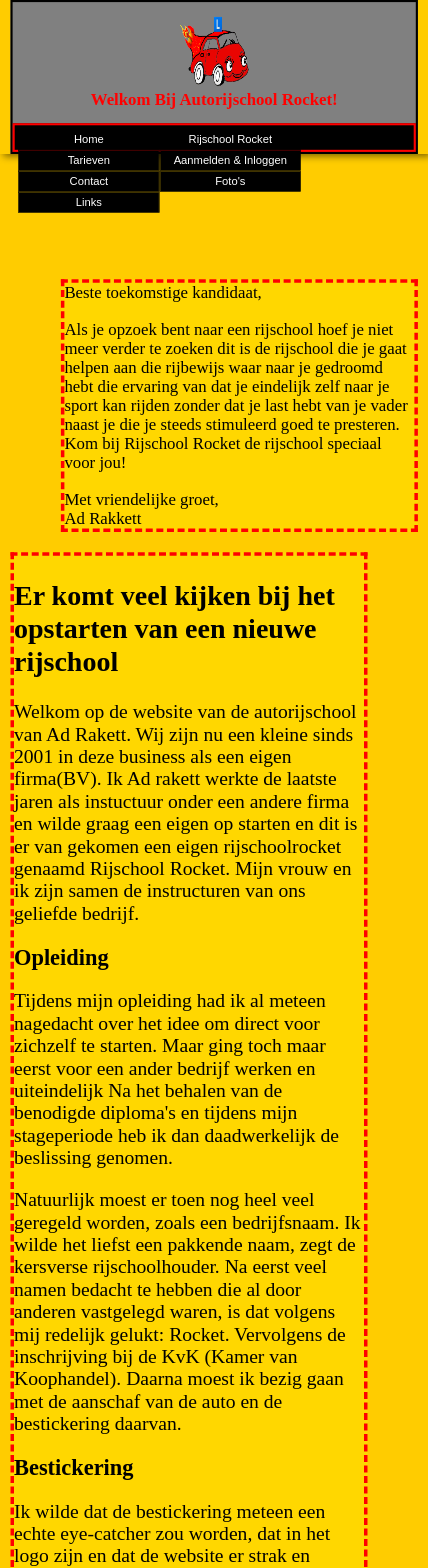
Repository: Julian-4A5A/rijschoolrocket
Page: workspace/Homepagina/Index.html
The author's editor kept a record of every edit. The page is drawn from the files as they stood at one moment, then again after the next edit.
The browser window is 600 px wide. The page is 612 px wide, so the pictures cover 612 px, including what lies to the right of the window. The pictures show the part of the page from y = 0 to 2240 px (the page is 5597 px tall before and 5917 px after), at 70% of full size.
Some web libraries are served in a nearby version.

Above is the page before.
Not found: workspace/Homepagina/js/hamburger.js

### workspace/Homepagina/Index.html
<!DOCTYPE html>
<html>
    <head>
        <meta name="viewport" content="width=device-width, initial-scale = 1.0, maximum-scale=1.0, user-scalable=no" />
        <title>Welkom bij Rijschool Rocket</title>
        <link href="opmaak1.css" rel="stylesheet" type="text/css">
        <script src="//code.jquery.com/jquery-1.9.1.min.js"></script>
        <script src="//code.jquery.com/ui/1.10.3/jquery-ui.js"></script>
        <script src="js/hamburger.js"></script>
    </head>


<body>
 <section id="content">


        <header>
                <h2> <div id="imageauto"><img src="Auto.png" style="height:100px;width:100px"></div> Welkom Bij Autorijschool Rocket!</h2>
                <div id="menu" >
                    <ul id="nav">
                        <li><a class="meunut" href="/Homepagina/Index.html" target="_self">Home</a></li>
                        <li><a class="meunut" href="/Bedrijfsinformatie/Bedrijfsinformatie.html">Rijschool Rocket</a>
                             <ul>
                                <li><a class="meunut" href="#" target="_self">Organisatie</a></li>
                                <li><a class="meunut" href="#" target="_self">Voorwaarden</a></li>
                                <li><a class="meunut" href="#" target="_self">Vactures</a></li>
                            </ul></li>
                        <li><a class="meunut" href="/Tarieven/Lespakketten.html" target="_self">Tarieven</a>
                            <ul>
                                <li><a class="meunut" href="#" target="_self">Theorieles</a></li>
                                <li><a class="meunut" href="#" target="_self">Auto</a></li>
                                <li><a class="meunut" href="#" target="_self">Vrachtwagen</a></li>
                                <li><a class="meunut" href="#" target="_self">Aanhangwagen</a></li>
                                <li><a class="meunut" href="#" target="_self">Bromfiets</a></li>
                                <li><a class="meunut" href="#" target="_self">Motor</a></li>
                                <li><a class="meunut" href="#" target="_self">Taxi</a></li>
                            </ul></li>
                        <li><a class="meunut" href="/Aanmelden/Aanmeld.html" target="_self">Aanmelden & Inloggen</a>
                            <ul>
                                <li><a class="meunut" href="#" target="_self">Aanmelden</a></li>
                                <li><a class="meunut" href="#" target="_self">Inloggen</a></li>

                            </ul></li>
                        <li><a class="meunut" href="/Contact/Contact.html" target="_self">Contact</a>
                            <ul>
                                <li><a class="meunut" href="#" target="_self">Bel-Me-Nu</a></li>
                                <li><a class="meunut" href="#" target="_self">Locatie</a></li>
                            </ul></li>
                        <li><a class="meunut" href="/Fotos/foto's.html" target="_self">Foto's</a></li>
                        <li><a class="meunut" href="/Derdeman/Links.html" target="_self">Links</a></li>
                            </ul>
                </div>
        </header>
        <div id="middle">Beste toekomstige kandidaat, <br><br>Als je opzoek bent naar een rijschool hoef je niet meer verder te zoeken dit is de rijschool die je gaat helpen aan die rijbewijs waar naar je gedroomd hebt
        die ervaring van dat je eindelijk zelf naar je sport kan rijden zonder dat je last hebt van je vader naast je die je steeds stimuleerd goed te presteren. Kom bij Rijschool Rocket de rijschool speciaal voor jou! <br><br> Met vriendelijke groet,<br> Ad Rakkett</div>

        <div id="left">
            <h1>Er komt veel kijken bij het opstarten van een nieuwe rijschool</h1>

            <p>Welkom op de website van de autorijschool van Ad Rakett. Wij zijn nu een kleine sinds 2001 in deze business als een eigen firma(BV).
            Ik Ad rakett werkte de laatste jaren als instuctuur onder een andere firma en wilde graag een eigen op starten en dit is
            er van gekomen een eigen rijschoolrocket genaamd Rijschool Rocket. Mijn vrouw en ik zijn samen de instructuren van ons geliefde bedrijf.</p>


            <h2>Opleiding</h2>
                <p>Tijdens mijn opleiding had ik al meteen nagedacht over het idee om direct voor zichzelf te starten. Maar ging toch maar eerst voor een ander bedrijf werken en uiteindelijk
                Na het behalen van de benodigde diploma&#39;s en tijdens mijn stageperiode heb ik dan daadwerkelijk de beslissing genomen.</p>
                <p>Natuurlijk moest er toen nog heel veel geregeld worden, zoals een bedrijfsnaam. Ik wilde het liefst een pakkende naam,
                zegt de kersverse rijschoolhouder. Na eerst veel namen bedacht te hebben die al door anderen vastgelegd waren, is dat volgens mij redelijk gelukt: Rocket.
                Vervolgens de inschrijving bij de KvK (Kamer van Koophandel). Daarna moest ik bezig gaan met de aanschaf van de auto en de bestickering daarvan.</p>
            <h2>Bestickering</h2>
                <p>Ik wilde dat de bestickering meteen een echte eye-catcher zou worden, dat in het logo  zijn en dat de website er
                strak en overzichtelijk moest uitzien. Dit zijn natuurlijk wel de belangrijke dingen die op moeten vallen bij potenti&#235;le leerlingen , aangezien niemand Rijschool Rocket nog kende.</p>
                <p>Hiervoor moet ik het nodige investeren wat je op den lange duur er uiteindelijk uit zult halen. Naamsbekendheid, daar draait het allemaal om. Vervolgens op
                zoek naar de juiste personen of bedrijven waar je dit kan laten doen.</p>
            <h2>Leerlingen werven</h2>
                <p>Vervolgens moesten er leerlingen geworven worden. Ik koos ervoor om flyers te laten ontwerpen en bedrukken. Vervolgens heb ik
                deze in Utrecht laten bezorgen. Ook heb ik in de&nbsp; plaatselijke krant een gratis interview laten plaatsen over de start van Rijschool Rocket. Daar kreeg eigenlijk
                meteen een hoop aanmeldingen op binnen.</p>
                <p>Ook de eerste echte rijles die ik zelf gaf, was erg spannend. Hoe ga ik dat nu precies aanpakken met zo&#39;n leerling de eerste keer? Ik koos ervoor de leerling
                na een proefles een lesovereenkomst te laten tekenen met duidelijke afspraken erin voor beide kanten. Maar ook dat moet je dan natuurlijk nog van tevoren
                opstellen en erover nadenken wat je er precies in wilt zetten. De eerste rijles liep ook nog behoorlijk uit, maar ondertussen ben ik er gelukkig behoorlijk in bedreven.</p>
            <h2>Volle agenda</h2>
                <p>Na een aantal maanden begon de agenda van Rijschool Rocket steeds voller te raken. Na vier maanden had ik eigenlijk al niet echt ruimte meer om zelfs nog nieuwe
                leerlingen aan te nemen. Dit is natuurlijk helemaal super, maar betekent ook een heleboel administratie tijdens de uren dat je dan vrij bent heb ik gemerkt.</p>
                <p>Na zelf al veel boekhoudkundige ervaring in mijn vorige beroep te hebben opgedaan had ik op een gegeven moment een aantal Excel sheets opgesteld waarbij ik mijn uren,
                leerlingen, gesloten lesovereenkomsten en ontvangen betalingen in bij hield. Je probeert alles zo goed mogelijk bij te houden, maar het is moeilijk een totaal overzicht te houden.</p>
            <h2>Administratie</h2>
                <p>Ik ben op zoek gegaan naar manieren om de administratie te optimaliseren en de tijden die ze er mee bezig was te verkorten. Tijdens mijn opleiding heb ik de naam
                <a href="http://www.dation.nl" onclick="_gaq.push(['_trackEvent', 'outbound-article', 'http://www.dation.nl', 'Dation']);" target="_blank">Dation</a> al eens een keer horen
                vallen en hier ben ik op internet naar op zoek gegaan. Na telefonisch contact te hebben gehad met Dation kreeg ik direct een proefperiode van 1 maand aangeboden zodat ik eens op mijn gemak kon gaan bekijken of dit wat voor mij zou zijn.</p>
                <p>Na een dag proberen zag ik al direct dat het veel meer is dan alleen een online agenda. Na 2 dagen was ik helemaal up-and-running! Het zit allemaal zo slim in elkaar.
                Het enige wat ik eigenlijk hoef te doen is mijn nieuwe leerlingen in te voeren in het systeem en de agenda online bij te houden. Het systeem doet de rest.</p>
            <h2>Betalingen</h2>
                <p>Ik kan snel en overzichtelijk zien wat er nog open staat per leerling wat betreft saldo en uren en daarnaast biedt het systeem mij de mogelijkheid om bijvoorbeeld kas-
                en bankbetalingen bij te houden. Dat scheelt me een hoop arbeidsuren.</p>
                <p>Alle Excel sheets waar ik eerder mee werkte gebruik ik nu helemaal niet meer. Ik kan nu zelfs vanuit de auto met mijn smartphone of iPad administratieve zaken bijhouden.
                Ook erg handig als je even een uurtje hebt wat niet doorgaat, maar je toch nog nuttig wilt kunnen invullen.”</p>
            <h2>Rijschool</h2>
                <p>Ik weet nog niet precies hoe mijn rijschool zich verder gaat ontwikkelen. Er zijn nog heel wat beslissingen te maken. En het was &#150; en is &#150; af en toe hard werken,
                maar ik ben erg trots dat ik mijn rijschool op heb kunnen zetten en nu een volle agenda heb.&nbsp;</p>

        </div>


        <div>

       </div>


        </section>
    </body>
</html>

### workspace/Homepagina/opmaak1.css
html{height: 98%;}
body{height:98%;}
#content{
    width: 97%;

    margin: 0px auto;
    padding-top: 0px;
    padding-left: 15px;
    padding-right: 15px;
    -webkit-box-shadow: 4px 4px 10px rgba(0, 0, 0, 0.5);
    -moz-box-shadow: 4px 4px 10px rgba(0, 0, 0, 0.5);
    box-shadow: 4px 4px 10px rgba(0, 0, 0, 0.5);


}
header {
    text-align: center;
    background-color: gray;
    border: 3px solid black;
    width: auto;
    color: red;
    margin-left: 0px;
}

body {
    background-color: #FFCC00;
    margin: auto;
}
#left{
    float:left;
    width:55%;
    border:solid 5.5px red;
    border-style: dashed;
    background-color:#FFD700;
    margin-top:5%;
    margin-bottom:5%;
}
#middle{
    float:right;
    margin-top:5%;
    width:40%;
    border:solid 5.5px red;
    border-style: dashed;
    background-color:#FFD700;
}
footer {
    border: 3px solid black;
    width: 100%;
    padding: 20px;
    background-color: red;
    margin-left: 0px;
    position: fixed;
    bottom: 0px;
}

#topnav li{
    list-style-type: none;
    display: inline;
}

#topnav {
   background-color: red;
   border: 3px solid black;
   width: auto;
   margin: auto;
   text-align: center;
   margin-left: 0px;
}

p.underline {
    text-decoration: underline;
    font-size: 25px;
    text-decoration: bold;
}





#nav, #nav ul{
    list-style: none;
    margin: 0px;
    padding: 5px;
}
.meunut {
        text-decoration: none;
        font-family:sans-serif;
    }
#menu {
        background-color: black;
        height: 35px;
        border:solid 3px red;
    }

#nav li {
        float: left;
        width: 200px
    }
#nav ul {
        position: absolute;
        width: 200px;
        left: -1000px;
    }
#nav li:hover ul {
        left: auto;}

#nav   li:hover, li a:hover {
      background: #000;
}
#menu  ul li a {
    display: block;background: #000;
    padding: 5px 10px 5px 10px;
    text-decoration: none;
    white-space: nowrap;
    color: #fff;

  }
  #menu ul li {
      display: block;
      float: left;
      border:1px solid #000

  }
  #nav ul li {
      display: block;position: relative;
      float: left;
      border:1px solid #000
}

#nav  li:hover a{
      background: #f00;

  }

@media only screen and (max-width: 700px){
    header{
        margin-bottom:150px;
    }
    #middle, #left{
        width:500px;
    }
    #left h1{
        font-size:250%;

    }
    #left p{
        font-size:175%;
    }
    #left h2{
        font-size:200%;

    }
    #middle{
        font-size:150%;
    }

}

After the next edit:
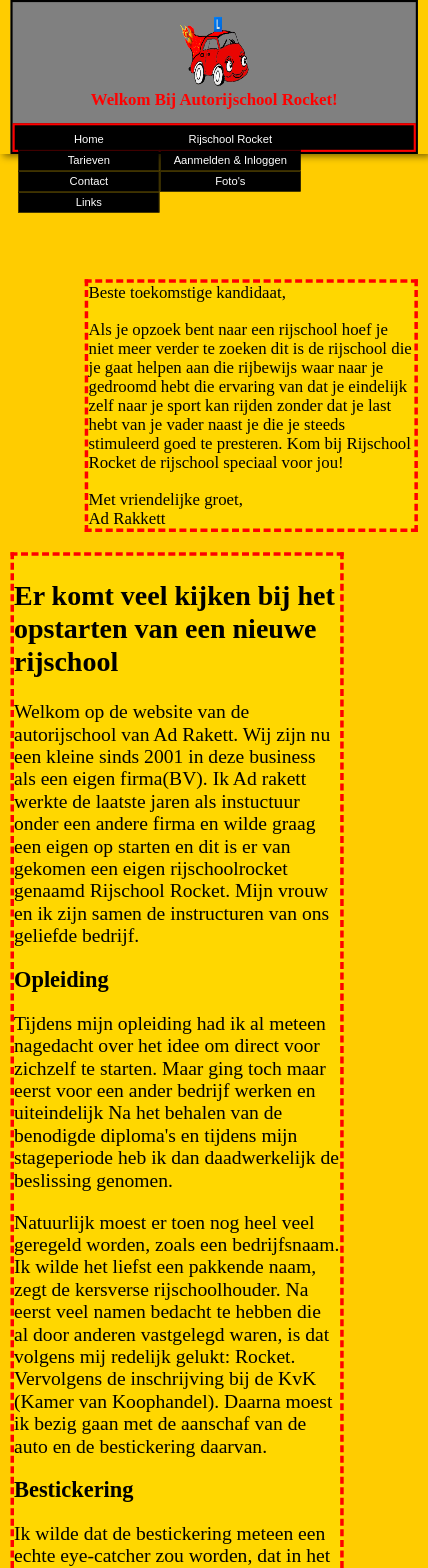
The edit:
--- a/workspace/Homepagina/opmaak1.css
+++ b/workspace/Homepagina/opmaak1.css
@@ -137,7 +137,7 @@
         margin-bottom:150px;
     }
     #middle, #left{
-        width:500px;
+        width:80%;
     }
     #left h1{
         font-size:250%;
